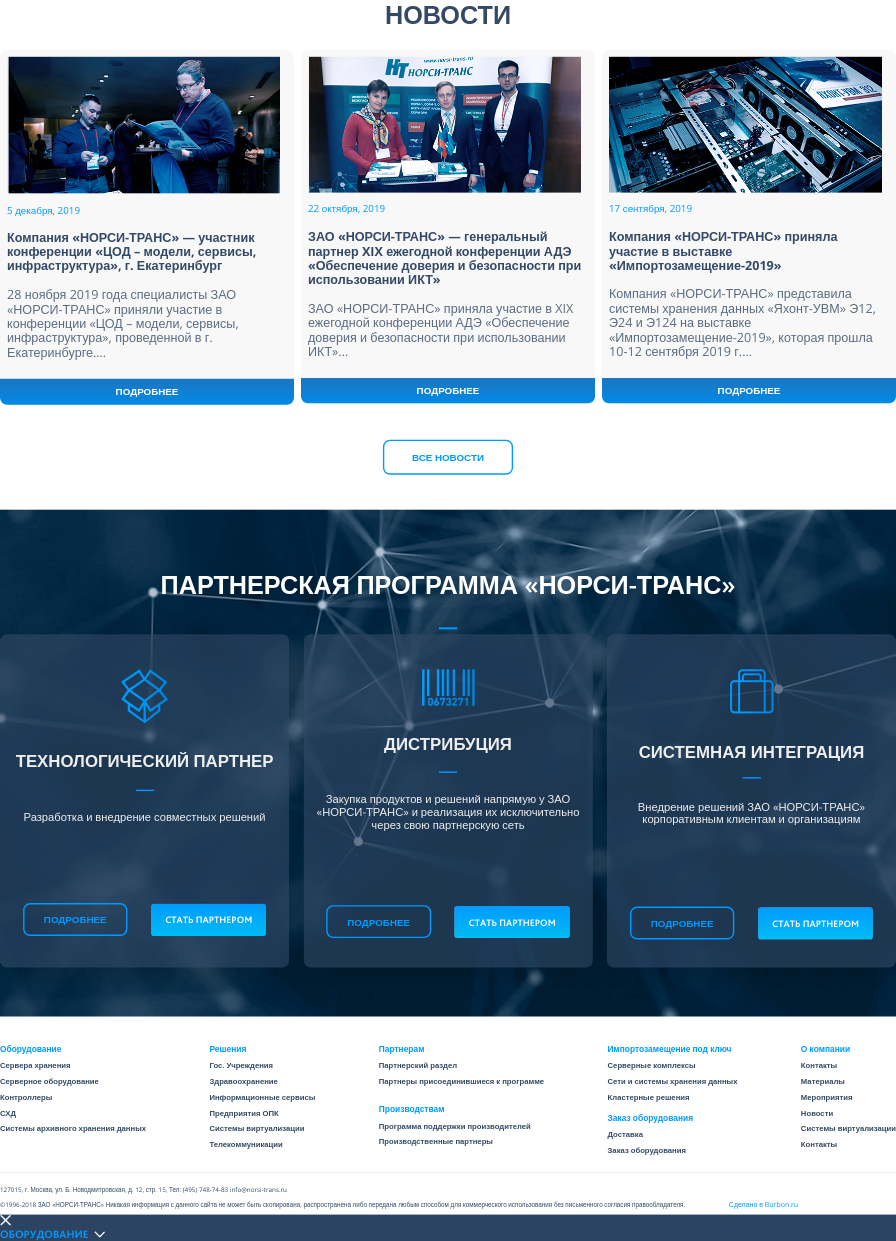
Repository: frostnn/testTaskBurbon
Page: app/index.html
The author's editor kept a copy of each file at every save. The page is drawn from the files as they stood at one save, then again after the next save.
The browser window is 1280 px wide. The pictures show the part of the page from y = 1613 to 3533 px (the page is 3386 px tall before and 3533 px after), at 70% of full size.
The style sheet was rebuilt from its Sass, Less or Tailwind sources for each picture, by a compiler version that may differ from the author's.

Above is the page before, as saved 2020-07-17 09:13:44.

After the next save:
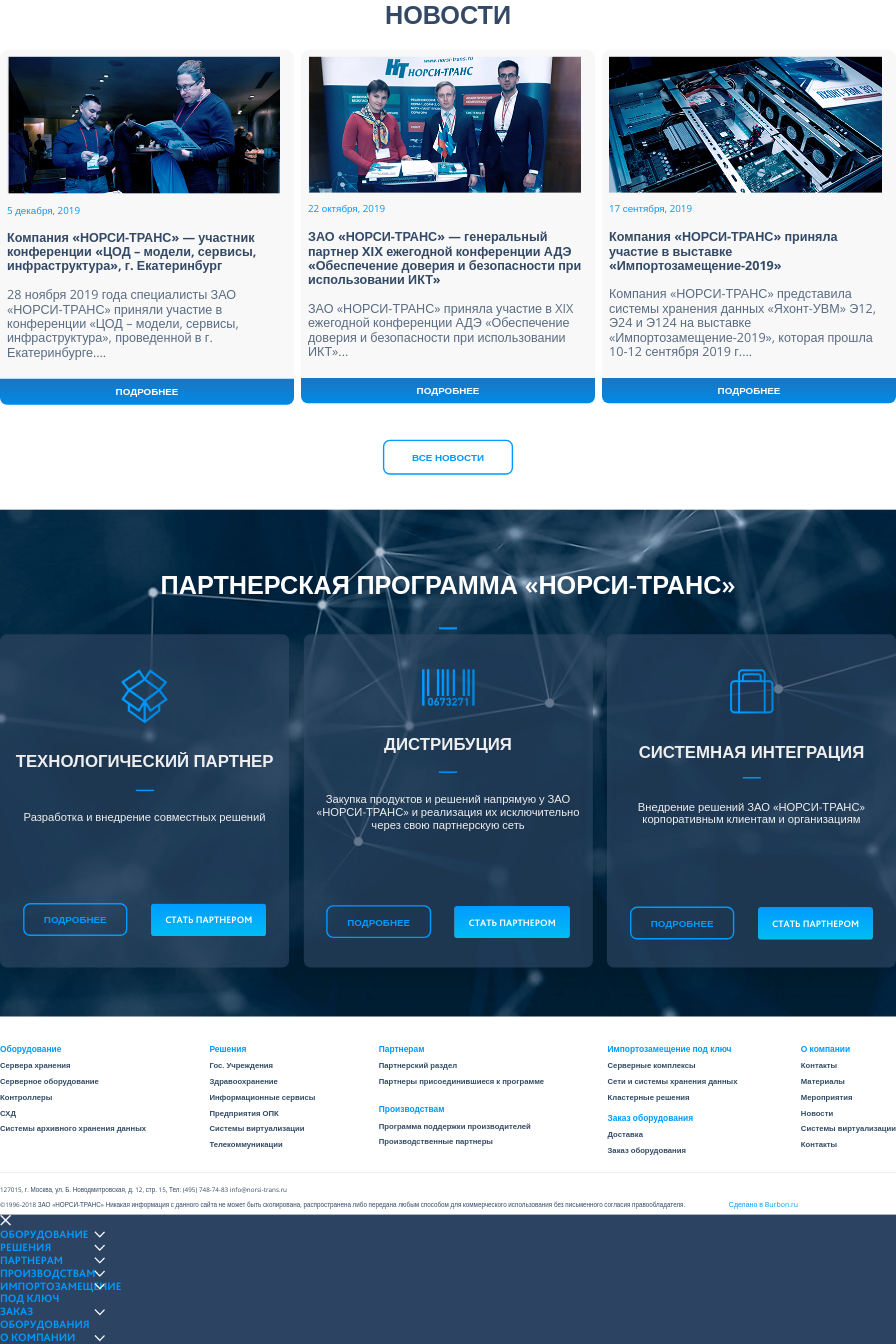
Saved 5 min 25 s later.
--- a/app/index.html
+++ b/app/index.html
@@ -307,13 +307,43 @@
   </footer>
   <div class="mobile-nav">
     <span class="mobile-nav__close"></span>
-    <ul class="mobile-nav_list">
+    <ul class="mobile-nav_list-equipment">
       <li class="mobile-nav_list-title">Оборудование</li>
       <li class="mobile-nav_list-text"><a href="#" class="mobile-nav_item-link">Сервера хранения</a></li>
       <li class="mobile-nav_list-text"><a href="#" class="mobile-nav_item-link">Серверное оборудование</a></li>
       <li class="mobile-nav_list-text"><a href="#" class="mobile-nav_item-link">Контроллеры</a></li>
       <li class="mobile-nav_list-text"><a href="#" class="mobile-nav_item-link">СХД</a></li>
       <li class="mobile-nav_list-text"><a href="#" class="mobile-nav_item-link">Системы архивного хранения данных</a></li>
+    </ul>
+    <ul class="mobile-nav_list-equipment">
+      <li class="mobile-nav_list-title">Решения</li>
+      <li class="mobile-nav_list-text"><a href="#" class="mobile-nav_item-link">Сервера хранения</a></li>
+      <li class="mobile-nav_list-text"><a href="#" class="mobile-nav_item-link">Серверное оборудование</a></li>
+    </ul>
+    <ul class="mobile-nav_list-equipment">
+      <li class="mobile-nav_list-title">Партнерам</li>
+      <li class="mobile-nav_list-text"><a href="#" class="mobile-nav_item-link">Сервера хранения</a></li>
+      <li class="mobile-nav_list-text"><a href="#" class="mobile-nav_item-link">Серверное оборудование</a></li>
+    </ul>
+    <ul class="mobile-nav_list-equipment">
+      <li class="mobile-nav_list-title">Производствам</li>
+      <li class="mobile-nav_list-text"><a href="#" class="mobile-nav_item-link">Сервера хранения</a></li>
+      <li class="mobile-nav_list-text"><a href="#" class="mobile-nav_item-link">Серверное оборудование</a></li>
+    </ul>
+    <ul class="mobile-nav_list-equipment">
+      <li class="mobile-nav_list-title">Импортозамещение под ключ</li>
+      <li class="mobile-nav_list-text"><a href="#" class="mobile-nav_item-link">Сервера хранения</a></li>
+      <li class="mobile-nav_list-text"><a href="#" class="mobile-nav_item-link">Серверное оборудование</a></li>
+    </ul>
+    <ul class="mobile-nav_list-equipment">
+      <li class="mobile-nav_list-title">Заказ оборудования</li>
+      <li class="mobile-nav_list-text"><a href="#" class="mobile-nav_item-link">Сервера хранения</a></li>
+      <li class="mobile-nav_list-text"><a href="#" class="mobile-nav_item-link">Серверное оборудование</a></li>
+    </ul>
+    <ul class="mobile-nav_list-equipment">
+      <li class="mobile-nav_list-title">О компании</li>
+      <li class="mobile-nav_list-text"><a href="#" class="mobile-nav_item-link">Сервера хранения</a></li>
+      <li class="mobile-nav_list-text"><a href="#" class="mobile-nav_item-link">Серверное оборудование</a></li>
     </ul>
   </div>
   <script src="https://ajax.googleapis.com/ajax/libs/jquery/3.4.1/jquery.min.js"></script>
